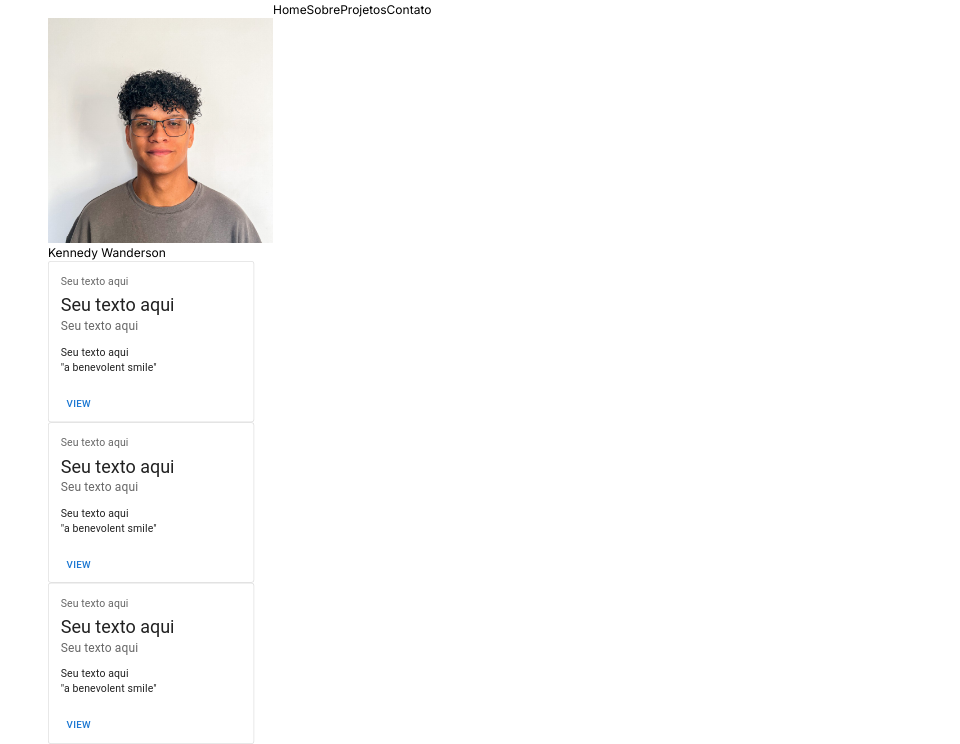
Repository: KennedyWanderson/landing
Page: /
An editor plug-in stored every save of this project. The page is shown before and after the next save, followed by the edit.
The browser window is 1280 px wide. The pictures show the whole page, at 75% of full size.
The project was rebuilt for these pictures with package versions that can differ from the ones it lists, and the page was loaded fresh each time. The framework's server and built-in components were replaced by stand-ins that run in the browser. Also part of the build but not shown: next.config.js.

Above is the page before, as saved 2024-01-04 12:15:44.

### src/app/page.tsx
import Content from "@/Components/Content";

export default function Home() {
  return (
    <div>
      <Content />
    </div>
  )
}

### src/Components/Content.tsx
import { Container } from "@mui/material";
import Header from "./Header";
import Image from "next/image";
import About from "./About";
import Projects from "./Projects";
import Contact from "./Contact";

export default function Content(){
    return(
        <Container>
            <Header />
            <div className="flex flex-col items-center p-5 shadow-md rounded-xl bg-gray-100">
                <div className="flex items-center justify-center tracking-wider space-x-6 ">
                    <Image className="rounded-full" src="/me.jpeg" alt="" width={300} height={300} />
                    <span className="font-bold font-mono no-italic text-2xl">Kennedy Wanderson <br></br> Front-end Developer</span>
                </div>
            </div>
            <div className="flex flex-col items-center">
                <About />
                {/* <Projects />
                <Contact /> */}
            </div>

        </Container>
    )
}

### src/Components/Header.tsx
import { Container } from "@mui/material";

export default function Header(){
    return(

        <Container maxWidth="sm">
            <div className="flex flex-col items-center m-5">
                <ul className="tracking-wider space-x-6">
                    <a href="#">
                        <span>Home</span>
                    </a>
                    <a href="#">
                        <span>Sobre</span>
                    </a>
                    <a href="#">
                        <span>Projetos</span>
                    </a>
                    <a href="#">
                        <span>Contato</span>
                    </a>
                </ul>
            </div>
        </Container>
    )
}

### src/Components/About.tsx
import * as React from 'react';
import Grid from '@mui/material/Grid';
import { Container } from '@mui/material';
import OutlinedCard from './Card';



export default function  ResponsiveGrid () {
    return (
        <Container>
            <Grid container spacing={{ xs: 2, md: 3 }} columns={{ xs: 4, sm: 8, md: 12 }}>
                <Grid>
                    <div className="flex flex-col items-center p-5 shadow-md rounded-xl bg-gray-100">
                        <div className="flex items-center justify-center ">
                            <OutlinedCard  />
                            <OutlinedCard  />
                            <OutlinedCard  />
                        </div>
                    </div>
                </Grid>
            </Grid>
        </Container>
    );
}

### src/Components/Card.tsx
import * as React from 'react';
import Box from '@mui/material/Box';
import Card from '@mui/material/Card';
import CardActions from '@mui/material/CardActions';
import CardContent from '@mui/material/CardContent';
import Button from '@mui/material/Button';
import Typography from '@mui/material/Typography';

interface AboutProps {
    text: string;
    icone?: any;
    url?: string;
    className?: string;
    onClick?: (evento: any) => void;
}

function CardContentComponent(props: AboutProps) {
    return (
        <React.Fragment>
            <CardContent>
                <Typography sx={{ fontSize: 14 }} color="text.secondary" gutterBottom>
                    {props.text}
                </Typography>
                <Typography variant="h5" component="div">
                    {props.text}
                </Typography>
                <Typography sx={{ mb: 1.5 }} color="text.secondary">
                    {props.text}
                </Typography>
                <Typography variant="body2">
                    {props.text}
                    <br />
                    {'"a benevolent smile"'}
                </Typography>
            </CardContent>
            <CardActions>
                <Button size="small">View</Button>
            </CardActions>
        </React.Fragment>
    );
}

export default function OutlinedCard() {
    return (
        <Box sx={{ minWidth: 275 }}>
            <Card variant="outlined">
                {/* Chama o componente CardContentComponent dentro do Card */}
                <CardContentComponent text="Seu texto aqui" />
            </Card>
        </Box>
    );
}

Loaded but not shown: src/app/layout.tsx (common file); src/app/globals.css (common file); tailwind.config.ts (common file)

After the next save:
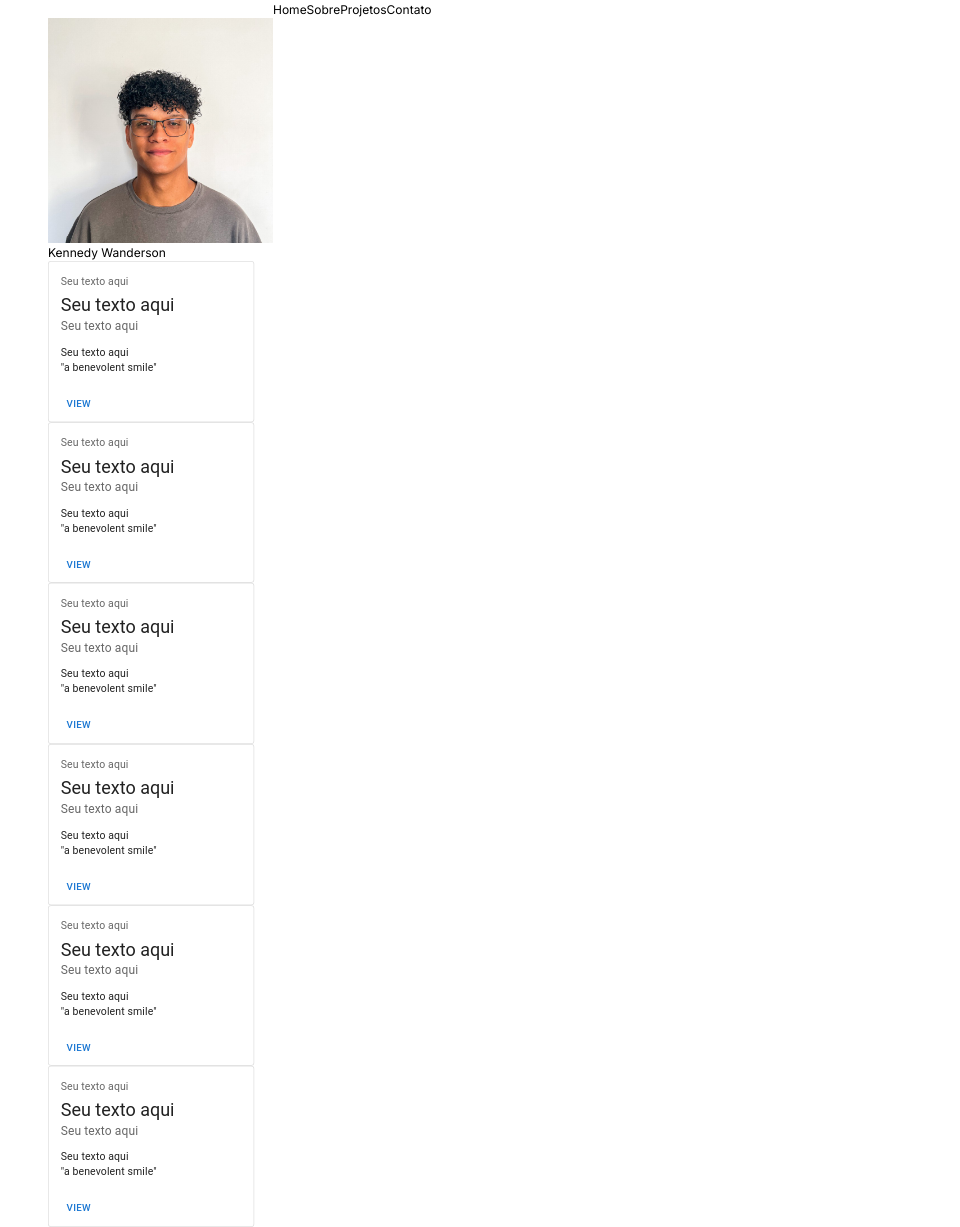
Saved 13 s later.
--- a/src/Components/About.tsx
+++ b/src/Components/About.tsx
@@ -15,6 +15,9 @@
                             <OutlinedCard  />
                             <OutlinedCard  />
                             <OutlinedCard  />
+                            <OutlinedCard  />
+                            <OutlinedCard  />
+                            <OutlinedCard  />
                         </div>
                     </div>
                 </Grid>

After the 3 saves that followed:
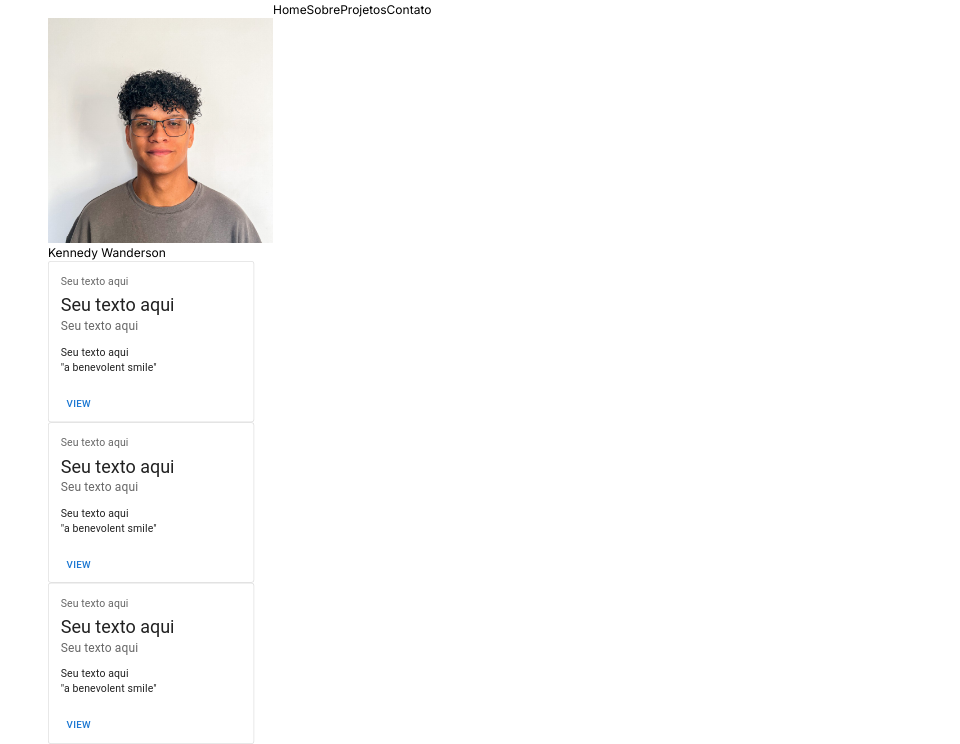
The 3 saves are shown as one change because 2 left the picture as it was.
The last was saved 33 s later.
--- a/src/Components/About.tsx
+++ b/src/Components/About.tsx
@@ -15,9 +15,6 @@
                             <OutlinedCard  />
                             <OutlinedCard  />
                             <OutlinedCard  />
-                            <OutlinedCard  />
-                            <OutlinedCard  />
-                            <OutlinedCard  />
                         </div>
                     </div>
                 </Grid>
